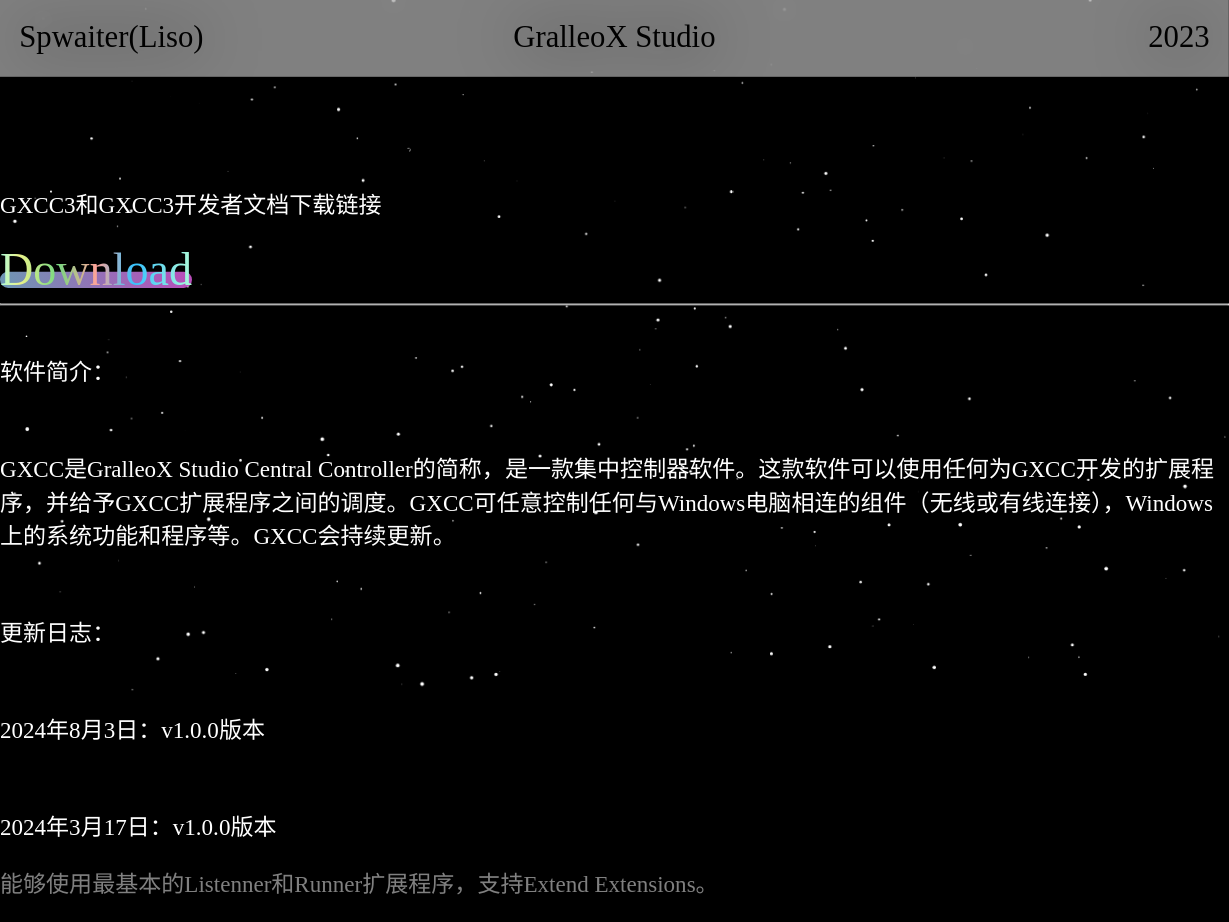
Repository: Lisu-Liso/page
Page: GXCC/index.html
These files come from the project's save history. The page is drawn as it stood at one moment and after a run of saves; the edit follows.
The browser window is 1280 px wide. The pictures show the whole page, at 96% of full size.

Above is the page before, as saved 2024-08-04 08:52:06.

After the next 3 saves:
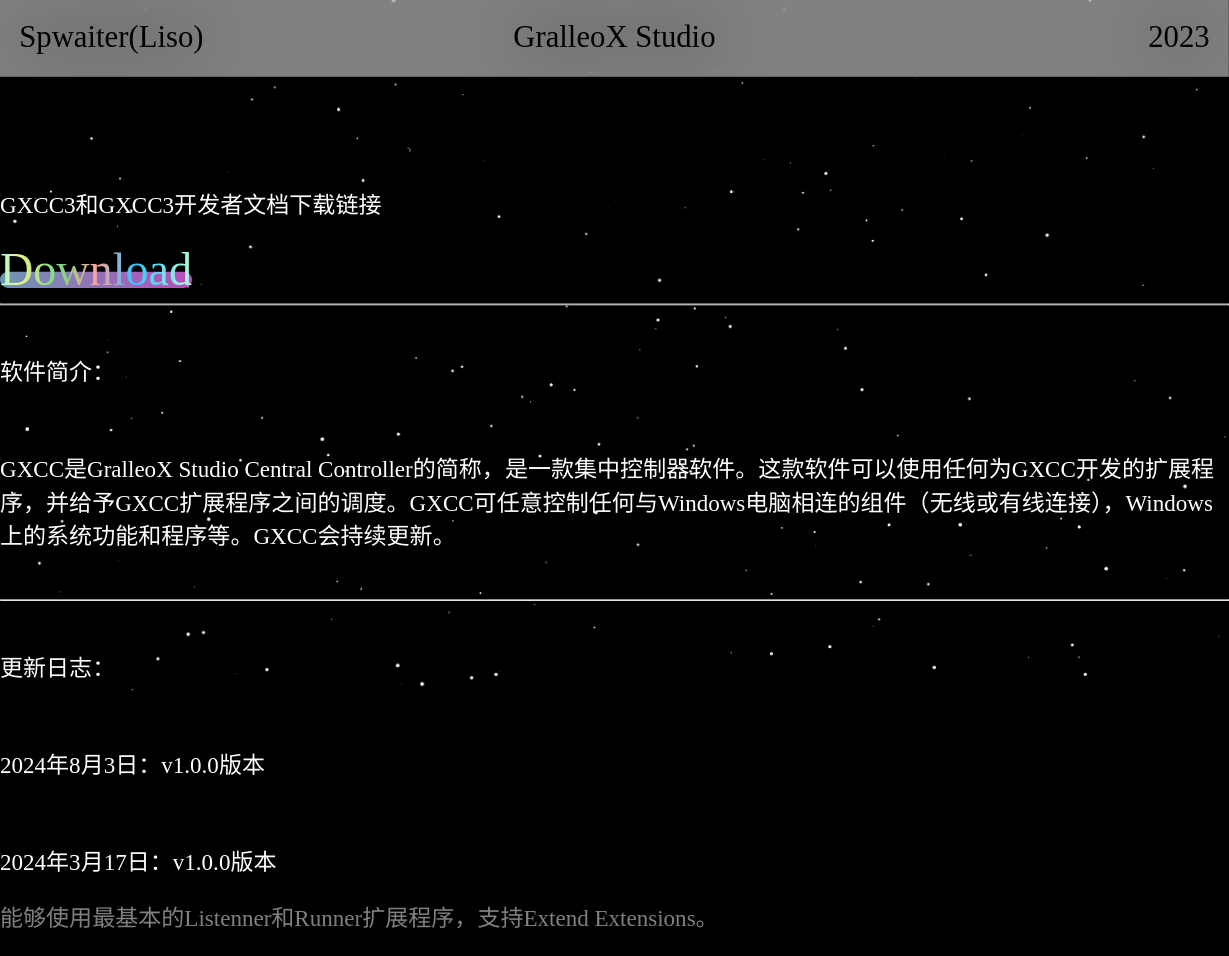
The 3 saves are shown as one change because they came seconds apart.
The last was saved 24 s later.
--- a/GXCC/index.html
+++ b/GXCC/index.html
@@ -296,6 +296,8 @@
         <br>
         <p class="normaltext">GXCC是GralleoX Studio Central Controller的简称，是一款集中控制器软件。这款软件可以使用任何为GXCC开发的扩展程序，并给予GXCC扩展程序之间的调度。GXCC可任意控制任何与Windows电脑相连的组件（无线或有线连接），Windows上的系统功能和程序等。GXCC会持续更新。</p>
         <br>
+        <hr/>
+        <br>
         <p class="normaltext">更新日志：</p>
         <br>
         <p class="normaltext">2024年8月3日：v1.0.0版本</p>
